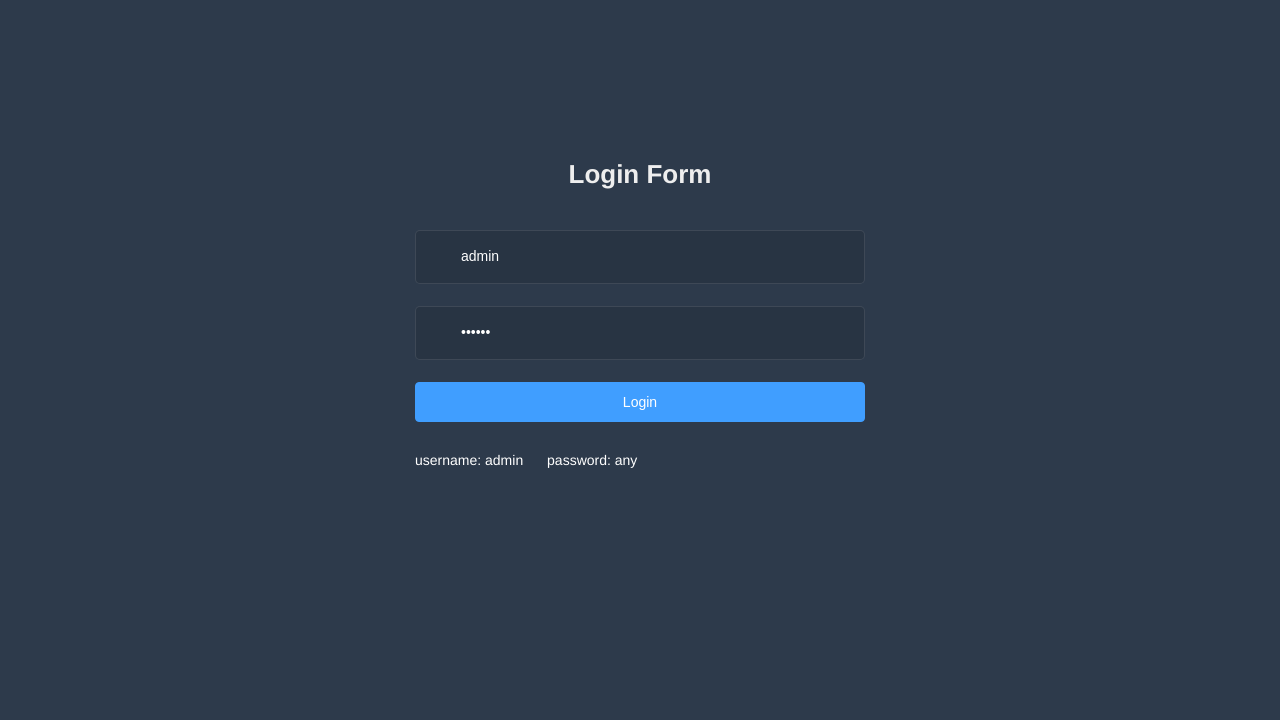
Repository: godsaury/hrsass
Page: /
An editor plug-in stored every save of this project. The page is shown before and after the next save, followed by the edit.
The browser window is 1280 px wide. The pictures show the whole page.
The project was rebuilt for these pictures with package versions that can differ from the ones it lists, and the page was loaded fresh each time. Also part of the build but not shown: vue.config.js, src/layout/components/Sidebar/Logo.vue, src/styles/variables.scss.

Above is the page before, as saved 2023-03-09 15:45:44.

After the next save:
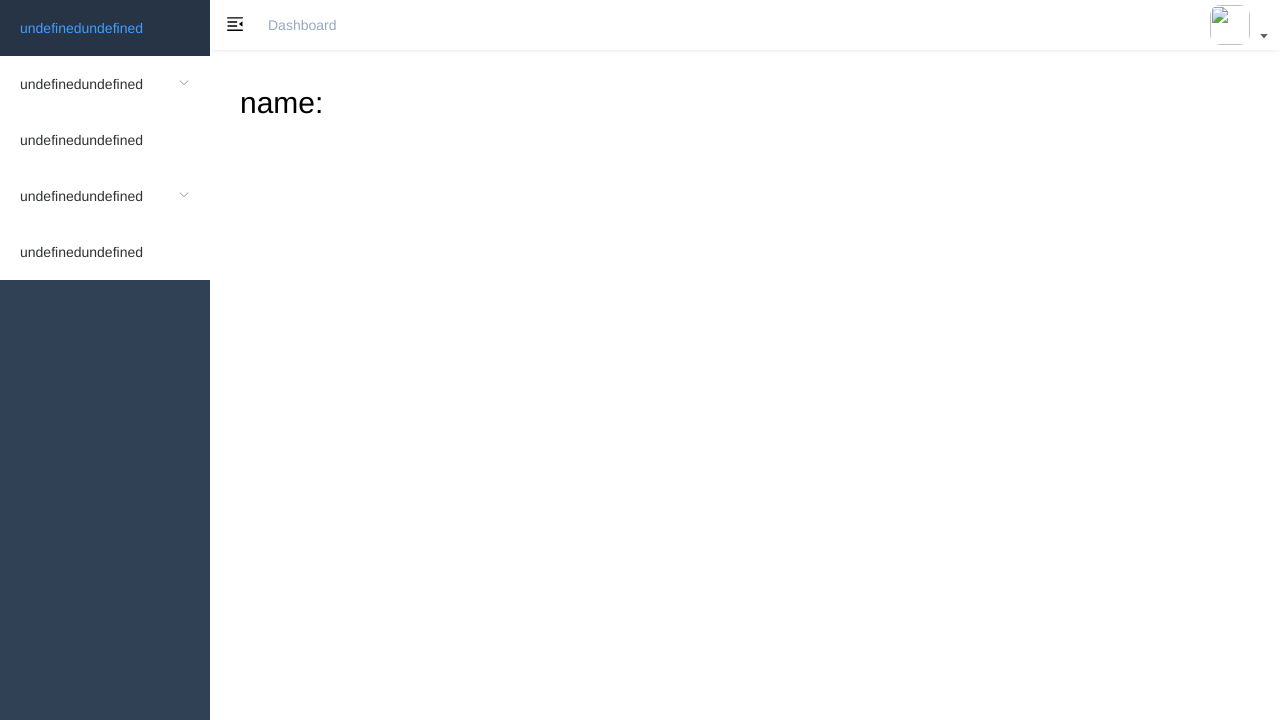
Saved 30 min 27 s later.
--- a/src/permission.js
+++ b/src/permission.js
@@ -1,64 +1,64 @@
-import router from './router'
-import store from './store'
-import { Message } from 'element-ui'
-import NProgress from 'nprogress' // progress bar
-import 'nprogress/nprogress.css' // progress bar style
-import { getToken } from '@/utils/auth' // get token from cookie
-import getPageTitle from '@/utils/get-page-title'
+// import router from './router'
+// import store from './store'
+// import { Message } from 'element-ui'
+// import NProgress from 'nprogress' // progress bar
+// import 'nprogress/nprogress.css' // progress bar style
+// import { getToken } from '@/utils/auth' // get token from cookie
+// import getPageTitle from '@/utils/get-page-title'
 
-NProgress.configure({ showSpinner: false }) // NProgress Configuration
+// NProgress.configure({ showSpinner: false }) // NProgress Configuration
 
-const whiteList = ['/login'] // no redirect whitelist
+// const whiteList = ['/login'] // no redirect whitelist
 
-router.beforeEach(async(to, from, next) => {
-  // start progress bar
-  NProgress.start()
+// router.beforeEach(async(to, from, next) => {
+//   // start progress bar
+//   NProgress.start()
 
-  // set page title
-  document.title = getPageTitle(to.meta.title)
+//   // set page title
+//   document.title = getPageTitle(to.meta.title)
 
-  // determine whether the user has logged in
-  const hasToken = getToken()
+//   // determine whether the user has logged in
+//   const hasToken = getToken()
 
-  if (hasToken) {
-    if (to.path === '/login') {
-      // if is logged in, redirect to the home page
-      next({ path: '/' })
-      NProgress.done()
-    } else {
-      const hasGetUserInfo = store.getters.name
-      if (hasGetUserInfo) {
-        next()
-      } else {
-        try {
-          // get user info
-          await store.dispatch('user/getInfo')
+//   if (hasToken) {
+//     if (to.path === '/login') {
+//       // if is logged in, redirect to the home page
+//       next({ path: '/' })
+//       NProgress.done()
+//     } else {
+//       const hasGetUserInfo = store.getters.name
+//       if (hasGetUserInfo) {
+//         next()
+//       } else {
+//         try {
+//           // get user info
+//           await store.dispatch('user/getInfo')
 
-          next()
-        } catch (error) {
-          // remove token and go to login page to re-login
-          await store.dispatch('user/resetToken')
-          Message.error(error || 'Has Error')
-          next(`/login?redirect=${to.path}`)
-          NProgress.done()
-        }
-      }
-    }
-  } else {
-    /* has no token*/
+//           next()
+//         } catch (error) {
+//           // remove token and go to login page to re-login
+//           await store.dispatch('user/resetToken')
+//           Message.error(error || 'Has Error')
+//           next(`/login?redirect=${to.path}`)
+//           NProgress.done()
+//         }
+//       }
+//     }
+//   } else {
+//     /* has no token*/
 
-    if (whiteList.indexOf(to.path) !== -1) {
-      // in the free login whitelist, go directly
-      next()
-    } else {
-      // other pages that do not have permission to access are redirected to the login page.
-      next(`/login?redirect=${to.path}`)
-      NProgress.done()
-    }
-  }
-})
+//     if (whiteList.indexOf(to.path) !== -1) {
+//       // in the free login whitelist, go directly
+//       next()
+//     } else {
+//       // other pages that do not have permission to access are redirected to the login page.
+//       next(`/login?redirect=${to.path}`)
+//       NProgress.done()
+//     }
+//   }
+// })
 
-router.afterEach(() => {
-  // finish progress bar
-  NProgress.done()
-})
+// router.afterEach(() => {
+//   // finish progress bar
+//   NProgress.done()
+// })
